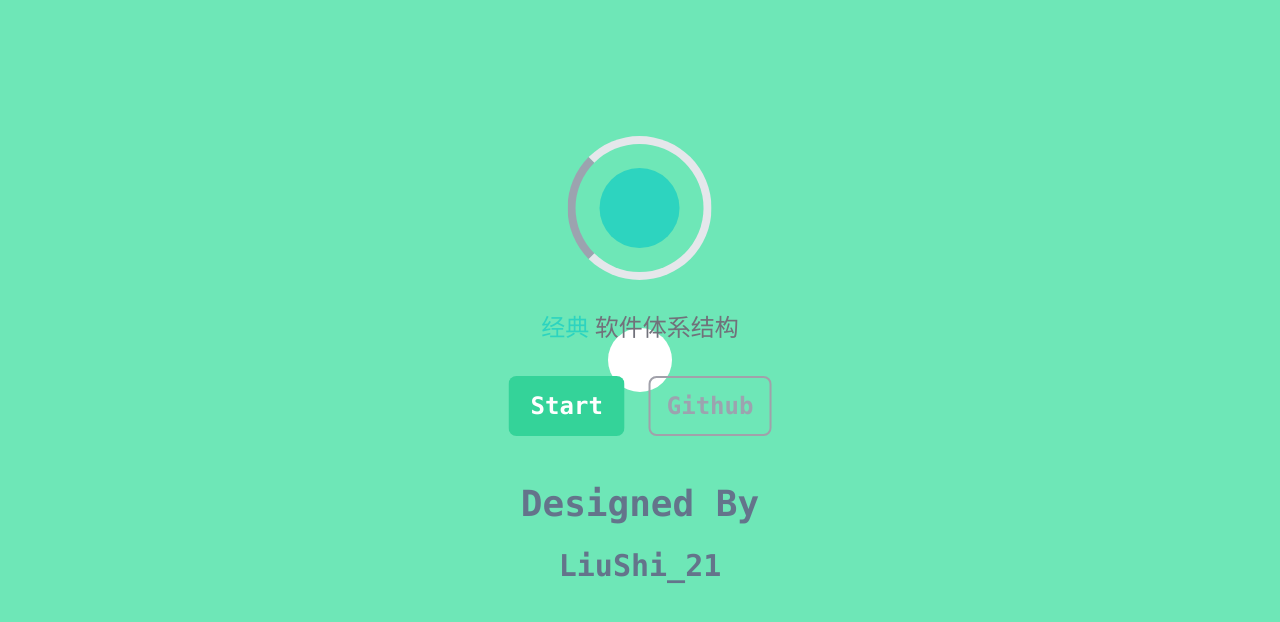
Repository: MarchRory/software_architecture_lab2
Page: / (app in lab2/)
An editor plug-in stored every save of this project. The page is shown before and after the next save, followed by the edit.
The browser window is 1280 px wide. The pictures show the whole page.
The project was rebuilt for these pictures with package versions that can differ from the ones it lists, and the page was loaded fresh each time. Also part of the build but not shown: lab2/vite.config.ts. Imported but missing from the stored project, and not drawn on this page: lab2/src/views/OOP/index.vue, lab2/src/views/PipFilter/index.vue, lab2/src/views/eventsSys/index.vue, lab2/src/views/mainChild/index.vue.

Above is the page before, as saved 2023-11-17 22:20:04.

After the next save:
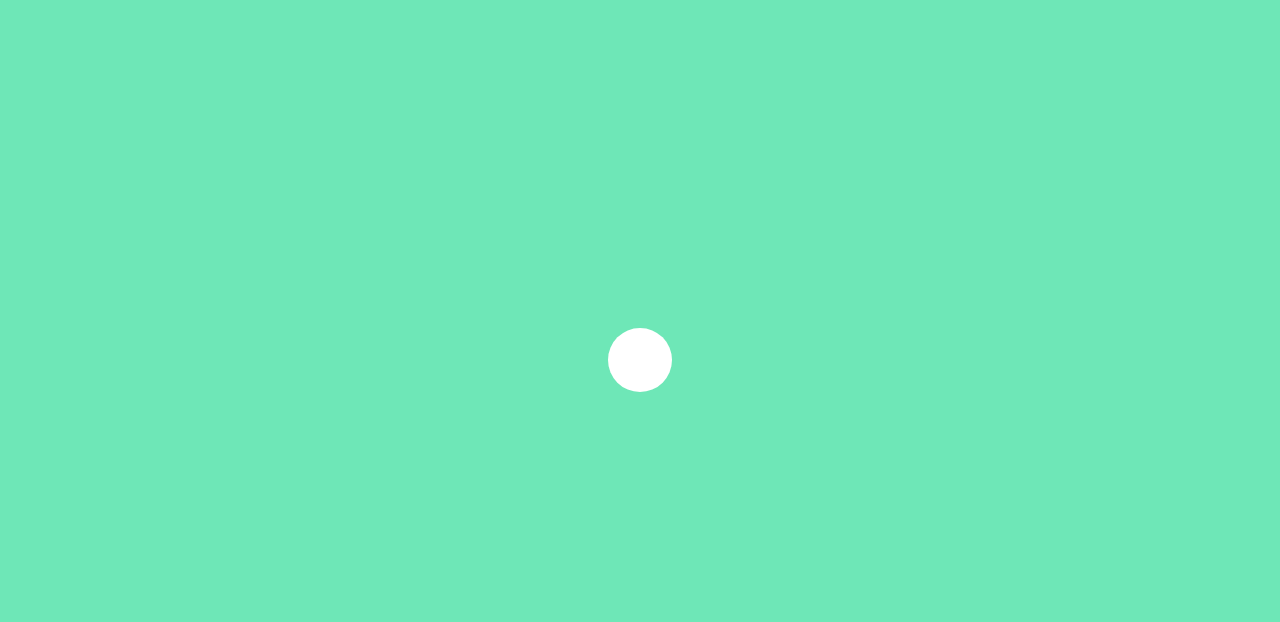
Saved 2 min 8 s later.
--- a/lab2/src/components/FELoading/index.vue
+++ b/lab2/src/components/FELoading/index.vue
@@ -8,6 +8,7 @@
 
 <style scoped>
 	.FE {
+		z-index: 9999;
 		@apply fixed w-full h-full bg-emerald-300 flex items-center justify-center;
 	}
 	.ball {
